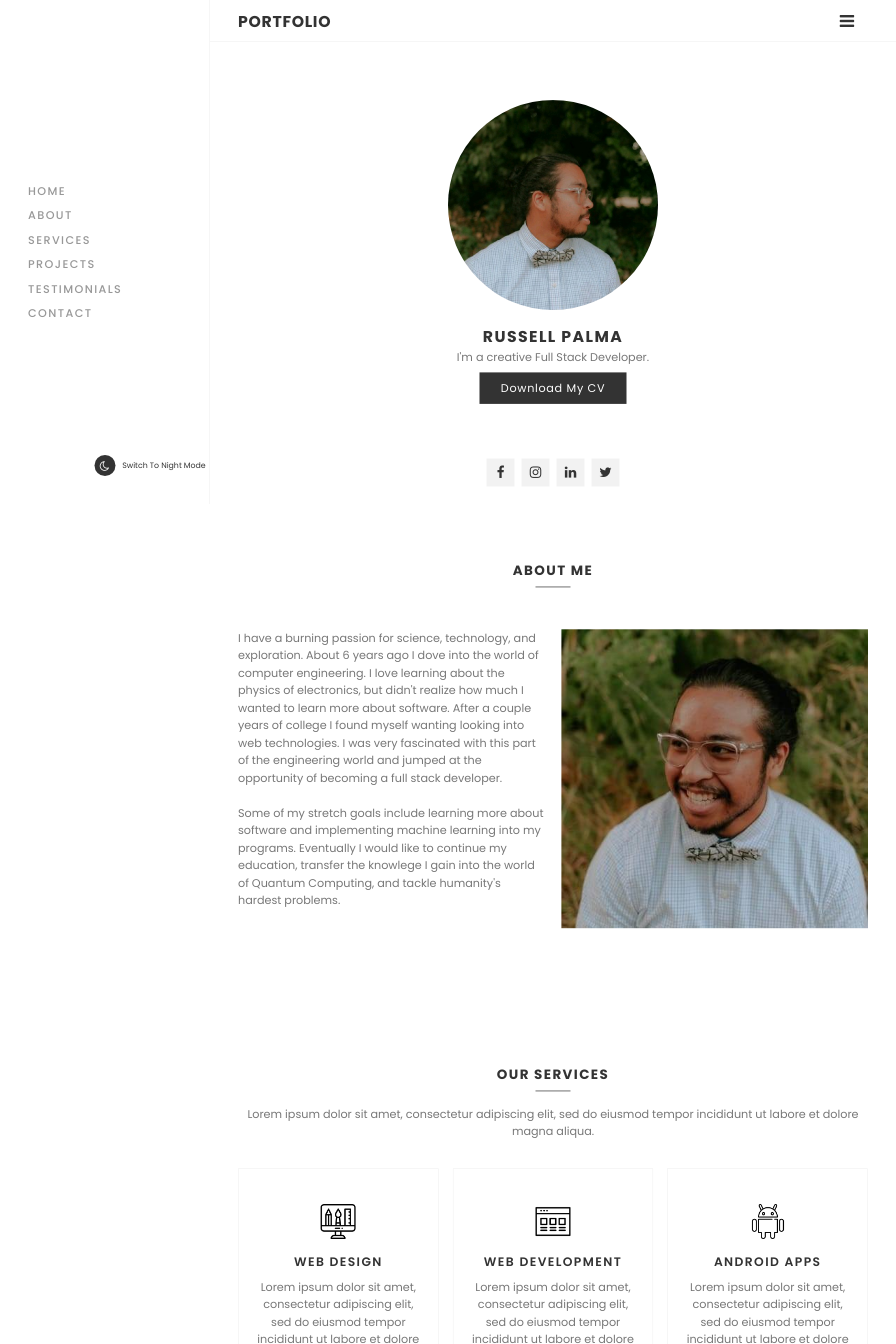
Repository: RussPalms/portforlio-1
Page: index.html
These files come from the project's save history. The page is drawn as it stood at one moment and after the next save; the edit follows.
The browser window is 1280 px wide. The pictures show the part of the page from y = 0 to 1920 px (the page is 5693 px tall), at 70% of full size.

Above is the page before, as saved 2021-11-28 15:22:31.

After the next save:
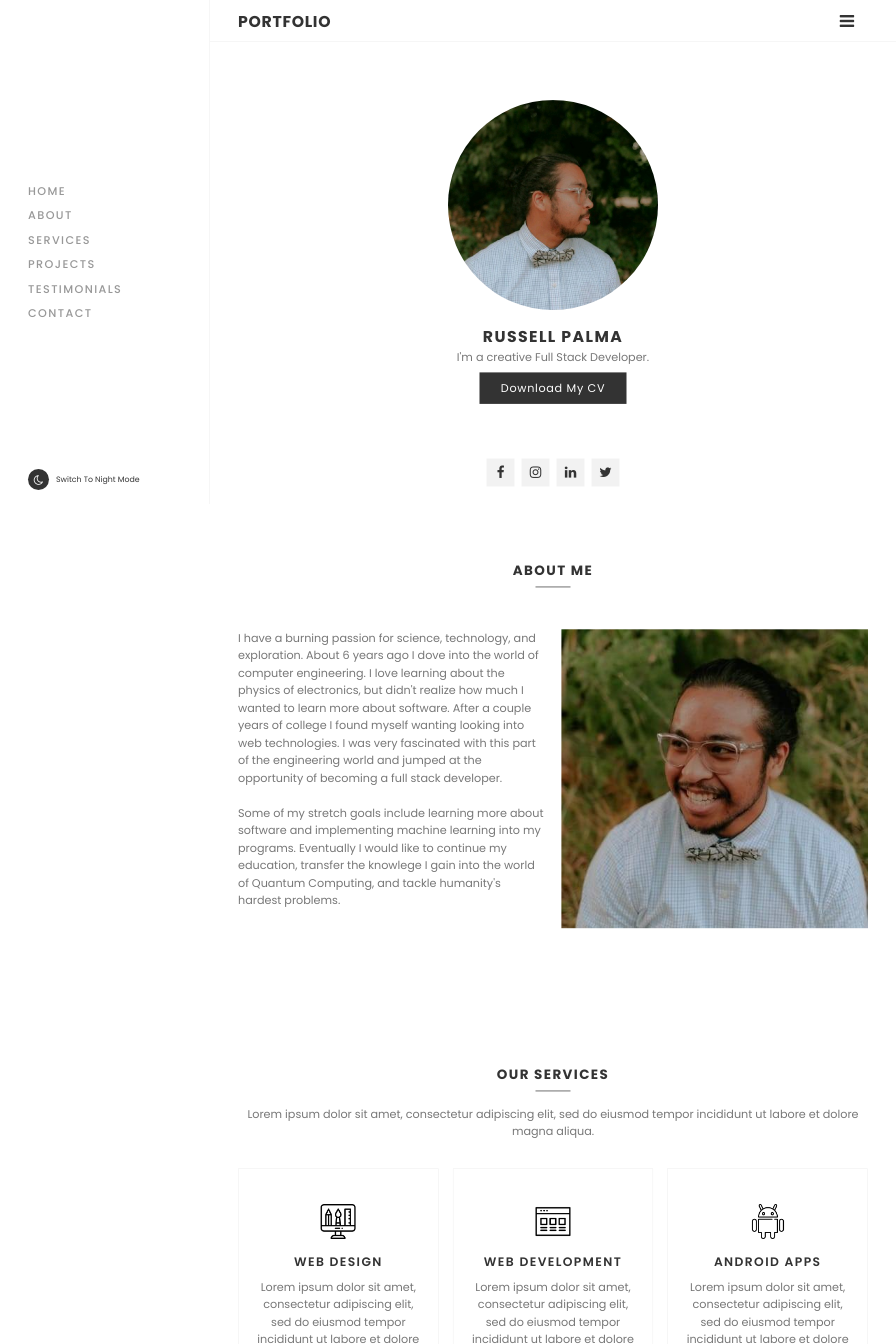
Saved 3 min 22 s later.
--- a/style.css
+++ b/style.css
@@ -511,7 +511,8 @@ p {
 
 .themeSwitch {
 	position: absolute;
-	bottom: 40px;
+	bottom: 20px;
+	left: 40px;
 	width: 30px;
 	height: 30px;
 	background: var(--black);
